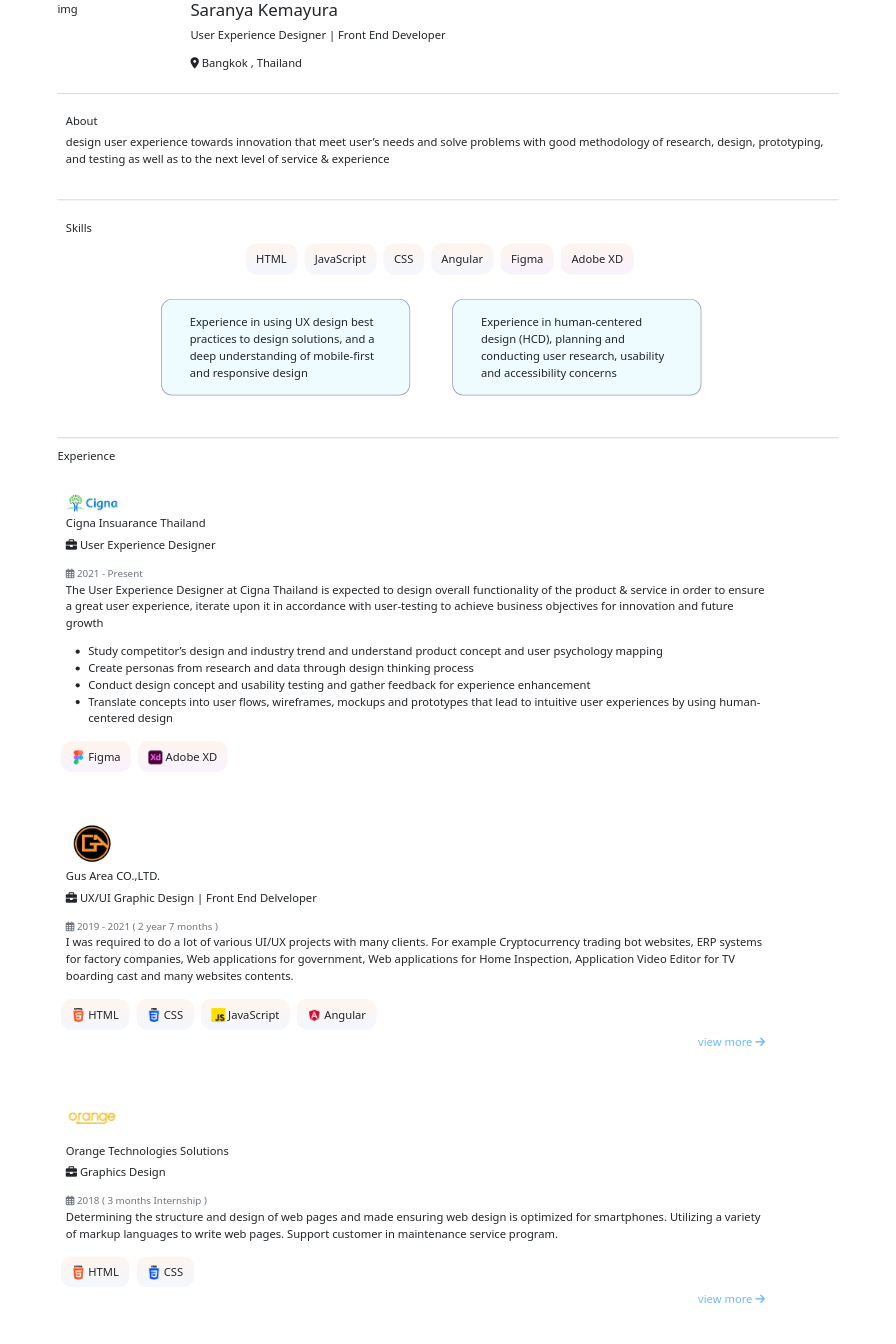
Repository: 0910th/portfolio
Page: index.html
An editor plug-in stored every save of this project. The page is shown before and after the next save, followed by the edit.
The browser window is 1280 px wide. The pictures show the part of the page from y = 0 to 1920 px (the page is 2665 px tall before and 2667 px after), at 70% of full size.

Above is the page before, as saved 2022-12-23 15:04:20.

After the next save:
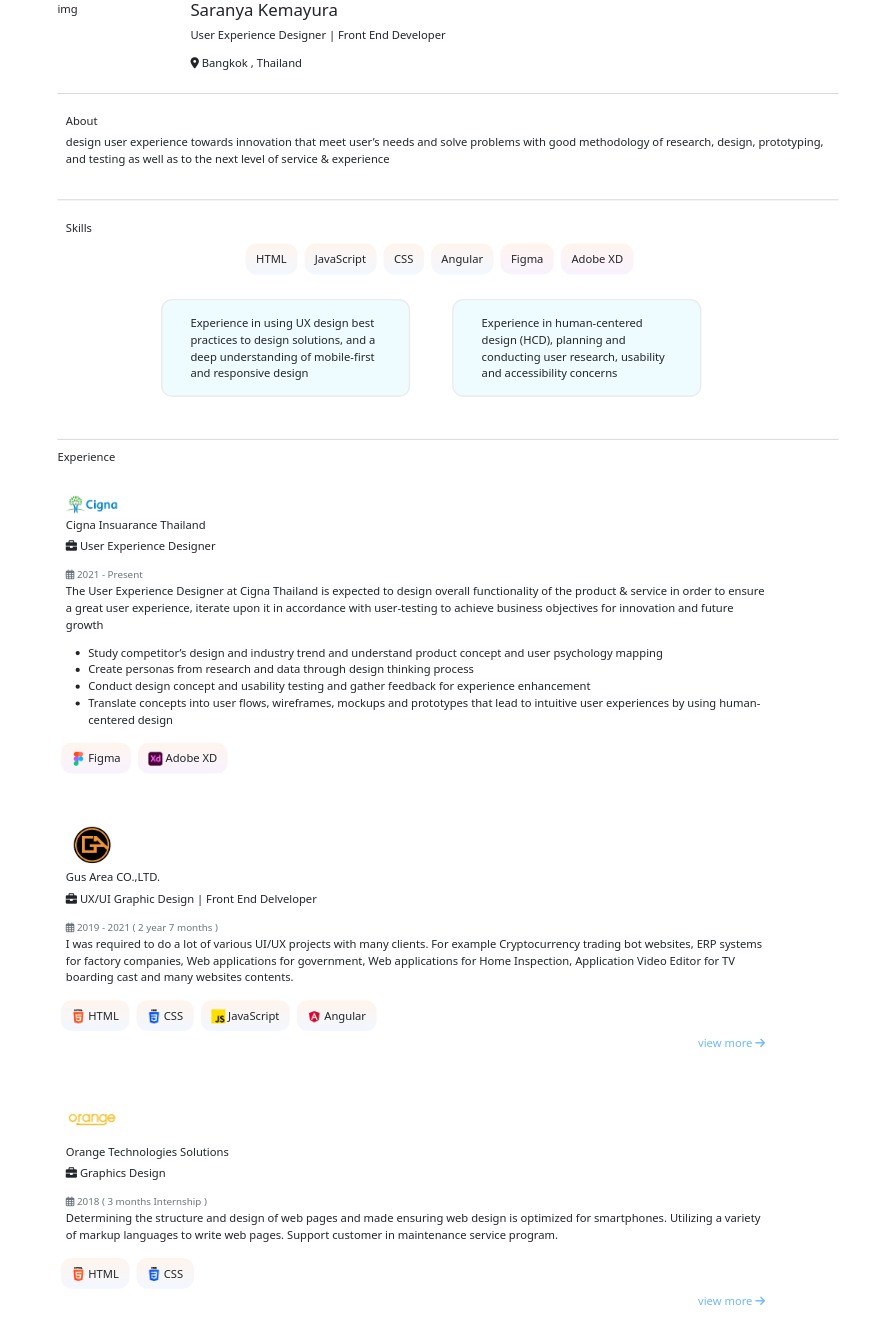
Saved 98 s later.
--- a/css/mystyle.css
+++ b/css/mystyle.css
@@ -27,7 +27,7 @@
     background: rgba(214, 248, 255, 0.4);
     border-radius: 16px;
     z-index: 0;
-    border: 1px solid rgba(63,57,111,.5);
+    border: 2px solid #ebebeb;
     padding: 20px 40px;
     margin: 30px;
 }
